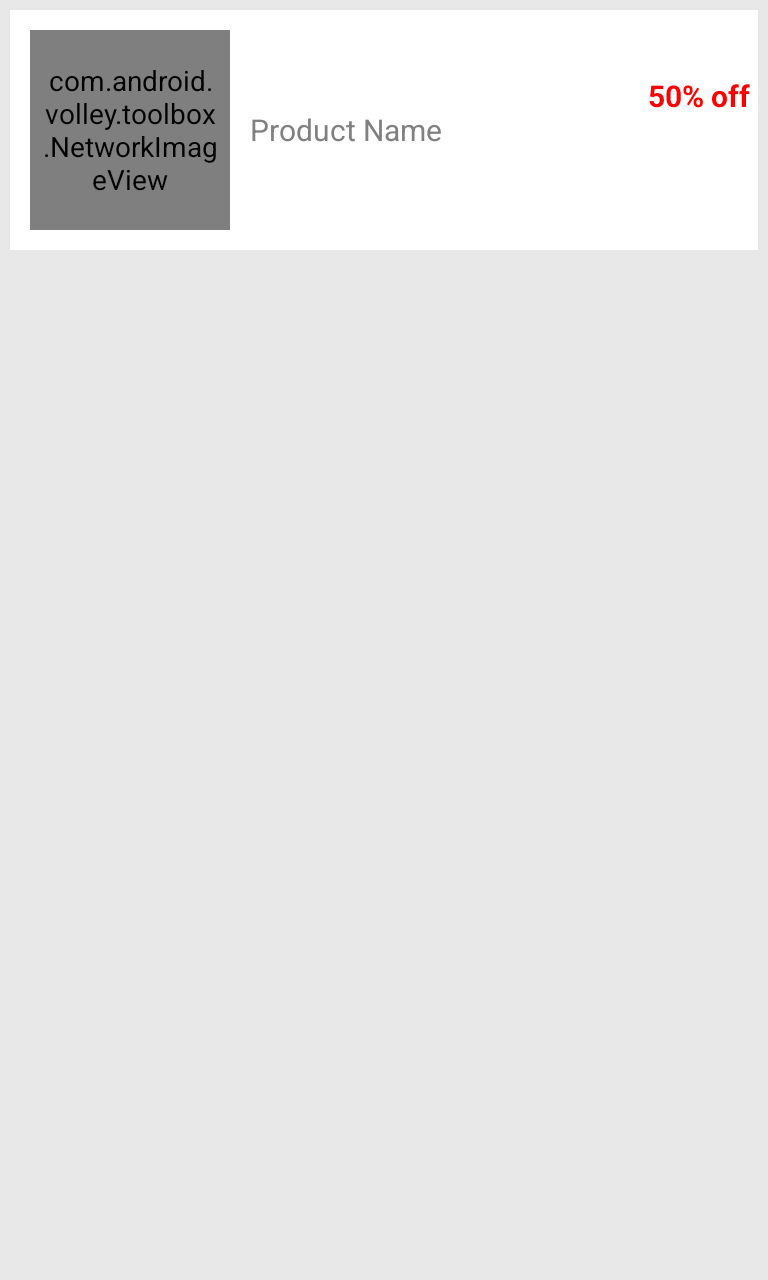
Repository: thisisdemo333/BigDiscount
Layout: BigDiscounts/res/layout/view_lv_search_list.xml
The author's editor kept a copy of each file at every save. The layout is drawn from the files as they stood at one save, then again after the next save.
Pictures or frames that could not be fetched are drawn as grey boxes. It is drawn on a 768 x 1280 px phone screen (xhdpi) without system bars, with theme AppTheme; the app's code is not run.

Above is the layout before, as saved 2015-05-10 16:31:03.

After the next save:
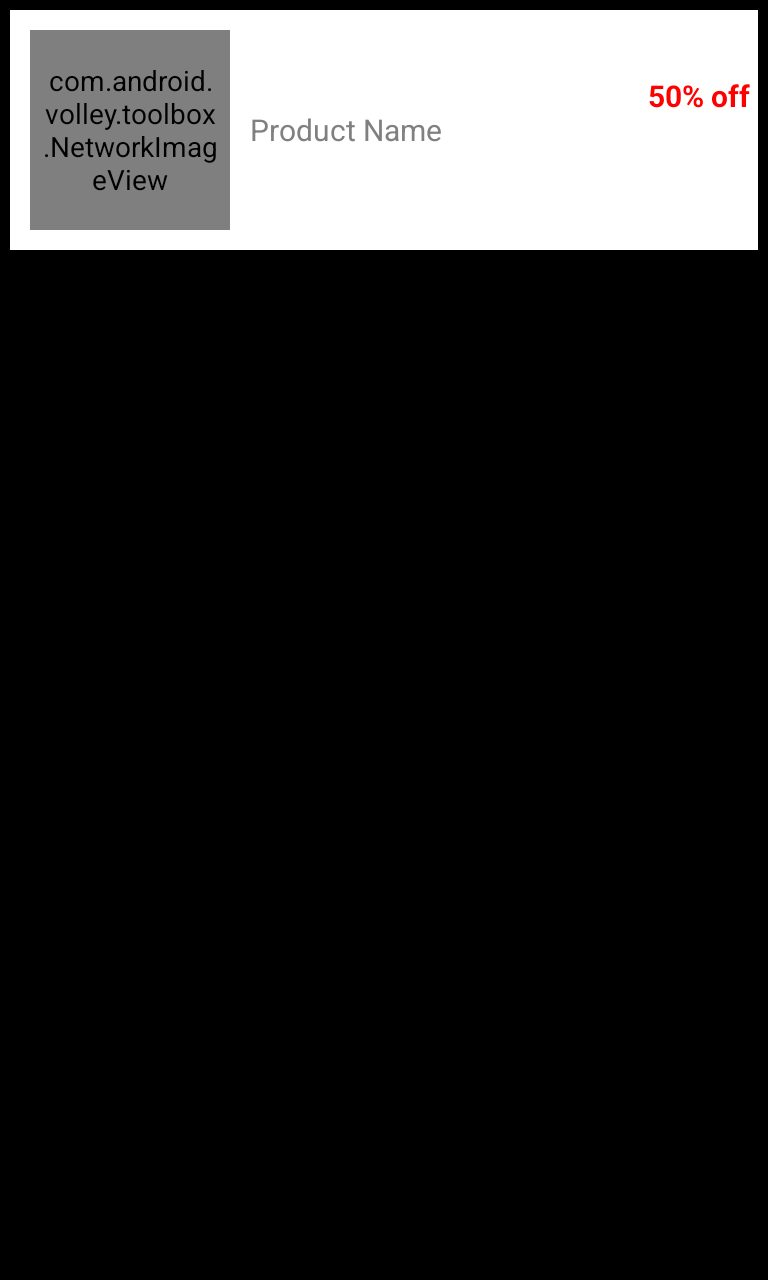
Saved 17 s later.
--- a/BigDiscounts/res/layout/view_lv_search_list.xml
+++ b/BigDiscounts/res/layout/view_lv_search_list.xml
@@ -2,7 +2,7 @@
 <LinearLayout xmlns:android="http://schemas.android.com/apk/res/android"
     android:layout_width="match_parent"
     android:layout_height="wrap_content"
-    android:background="@color/gray_light"
+    android:background="@color/Black"
     android:padding="@dimen/padding_5dp"
     android:orientation="vertical" >
 
